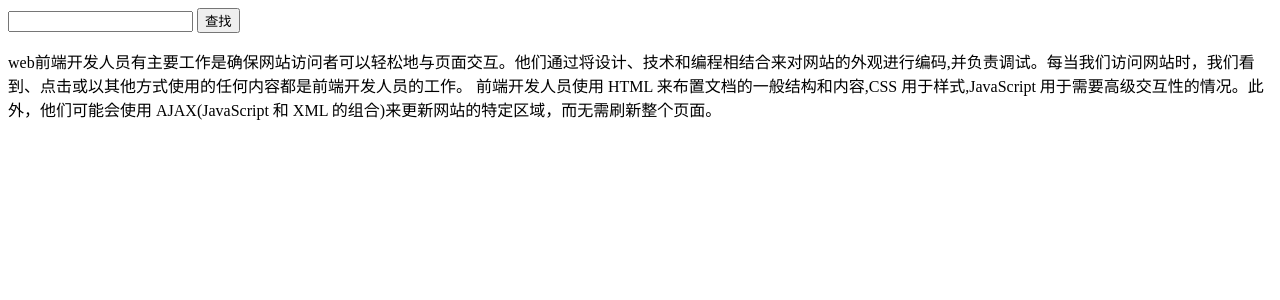
Repository: fox-summer/css-
Page: 百度新闻页面内容搜索.html
An editor plug-in stored every save of this project. The page is shown before and after the next save, followed by the edit.
The browser window is 1280 px wide. The pictures show the whole page.

Above is the page before, as saved 2022-05-28 22:48:02.

### 百度新闻页面内容搜索.html
<!DOCTYPE html>
<html lang="en">
  <head>
    <meta charset="UTF-8" />
    <meta http-equiv="X-UA-Compatible" content="IE=edge" />
    <meta name="viewport" content="width=device-width, initial-scale=1.0" />
    <title>Document</title>
  </head>

  <body>
    <input type="text" id="myinput" />
    <button id="mybtn">查找</button>
    <p>
      web前端开发人员有主要工作是确保网站访问者可以轻松地与页面交互。他们通过将设计、技术和编程相结合来对网站的外观进行编码,并负责调试。每当我们访问网站时，我们看到、点击或以其他方式使用的任何内容都是前端开发人员的工作。
      前端开发人员使用 HTML 来布置文档的一般结构和内容,CSS 用于样式,JavaScript
      用于需要高级交互性的情况。此外，他们可能会使用 AJAX(JavaScript 和 XML
      的组合)来更新网站的特定区域，而无需刷新整个页面。
    </p>
  </body>
</html>

After the next save:
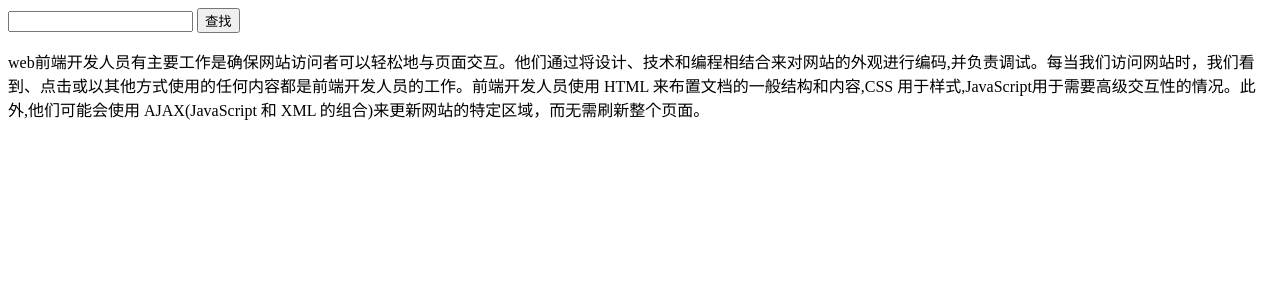
Saved 2 min 54 s later.
--- a/百度新闻页面内容搜索.html
+++ b/百度新闻页面内容搜索.html
@@ -11,10 +11,10 @@
     <input type="text" id="myinput" />
     <button id="mybtn">查找</button>
     <p>
-      web前端开发人员有主要工作是确保网站访问者可以轻松地与页面交互。他们通过将设计、技术和编程相结合来对网站的外观进行编码,并负责调试。每当我们访问网站时，我们看到、点击或以其他方式使用的任何内容都是前端开发人员的工作。
-      前端开发人员使用 HTML 来布置文档的一般结构和内容,CSS 用于样式,JavaScript
-      用于需要高级交互性的情况。此外，他们可能会使用 AJAX(JavaScript 和 XML
-      的组合)来更新网站的特定区域，而无需刷新整个页面。
+      web前端开发人员有主要工作是确保网站访问者可以轻松地与页面交互。他们通过将设计、技术和编程相结合来对网站的外观进行编码,并负责调试。每当我们访问网站时，我们看到、点击或以其他方式使用的任何内容都是前端开发人员的工作。前端开发人员使用
+      HTML 来布置文档的一般结构和内容,CSS
+      用于样式,JavaScript用于需要高级交互性的情况。此外,他们可能会使用
+      AJAX(JavaScript 和 XML 的组合)来更新网站的特定区域，而无需刷新整个页面。
     </p>
   </body>
 </html>
